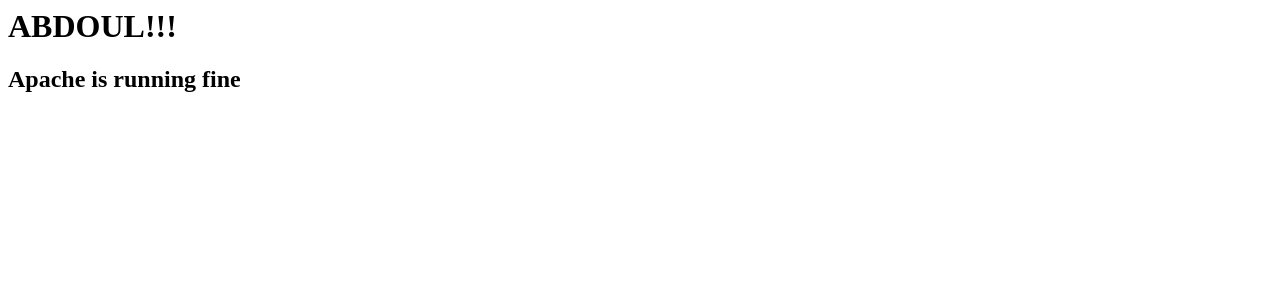
Repository: Abdoul226/webapp-ansible-apache-2
Page: ansible_dir/index.html
These files come from the project's save history. The page is drawn as it stood at one moment and after the next save; the edit follows.
The browser window is 1280 px wide. The pictures show the whole page.

Above is the page before, as saved 2022-12-28 15:07:23.

After the next save:
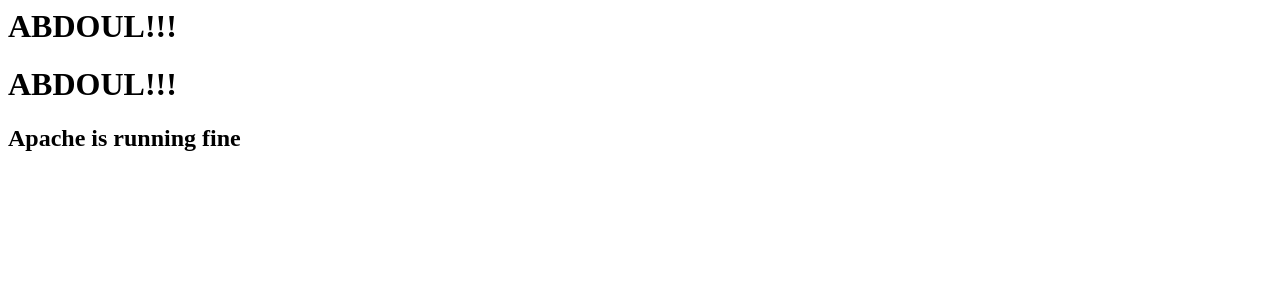
Saved 3 min 22 s later.
--- a/ansible_dir/index.html
+++ b/ansible_dir/index.html
@@ -1,4 +1,5 @@
 <body>
+    <h1>ABDOUL!!!</h1>
     <h1>ABDOUL!!!</h1>
     <h2>Apache is running fine</h2>
 </body>
